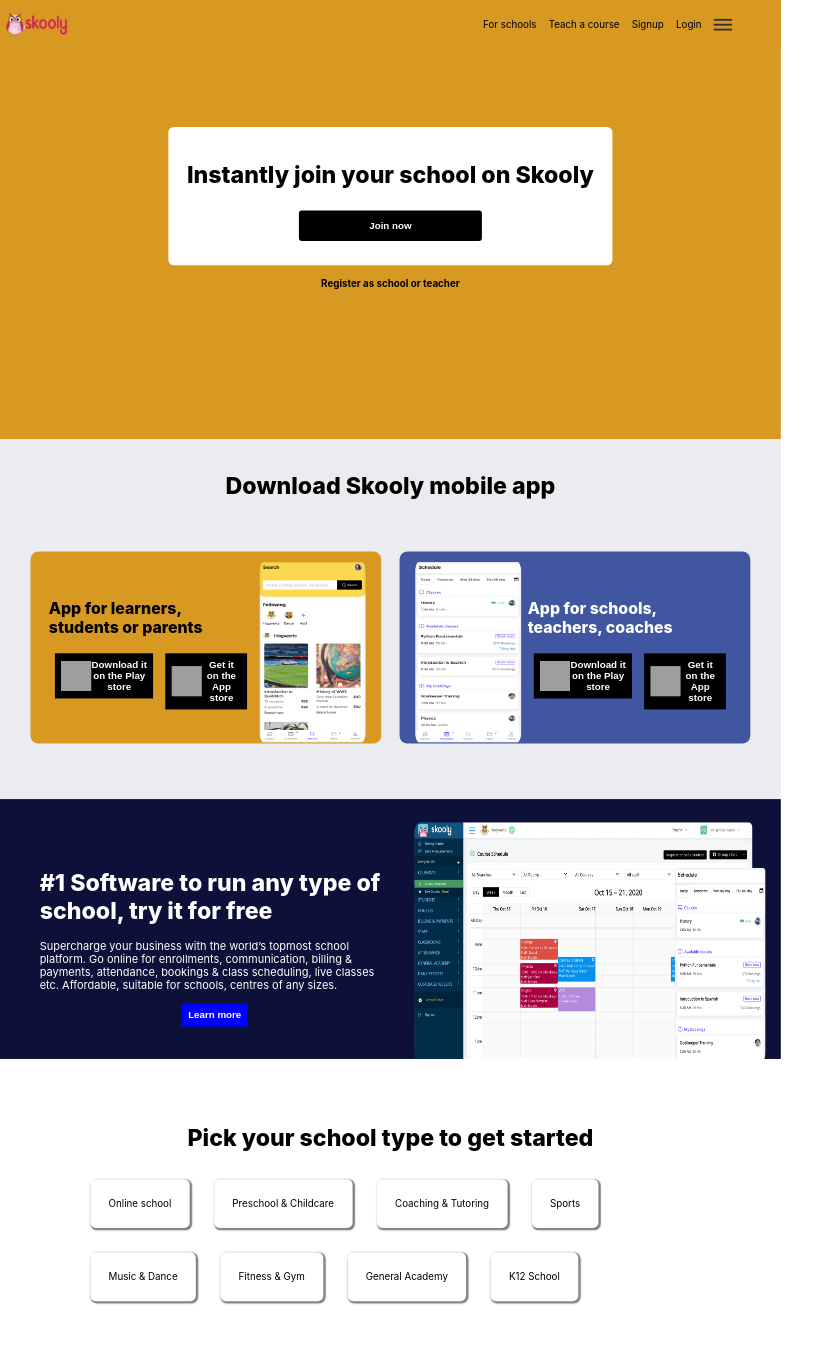
Repository: akankshaajoshi/Skooly-Clone
Page: /
The author's editor kept a copy of each file at every save. The page is drawn from the files as they stood at one save, then again after the next save.
The browser window is 1280 px wide. The page is 1360 px wide, so the pictures cover 1360 px, including what lies to the right of the window. The pictures show the whole page, at 61% of full size.
Pictures or frames that could not be fetched are drawn as grey boxes. The project was rebuilt for these pictures with package versions that can differ from the ones it lists, and the page was loaded fresh each time. Also part of the build but not shown: craco.config.js.

Above is the page before, as saved 2023-09-15 07:59:00.

After the next save:
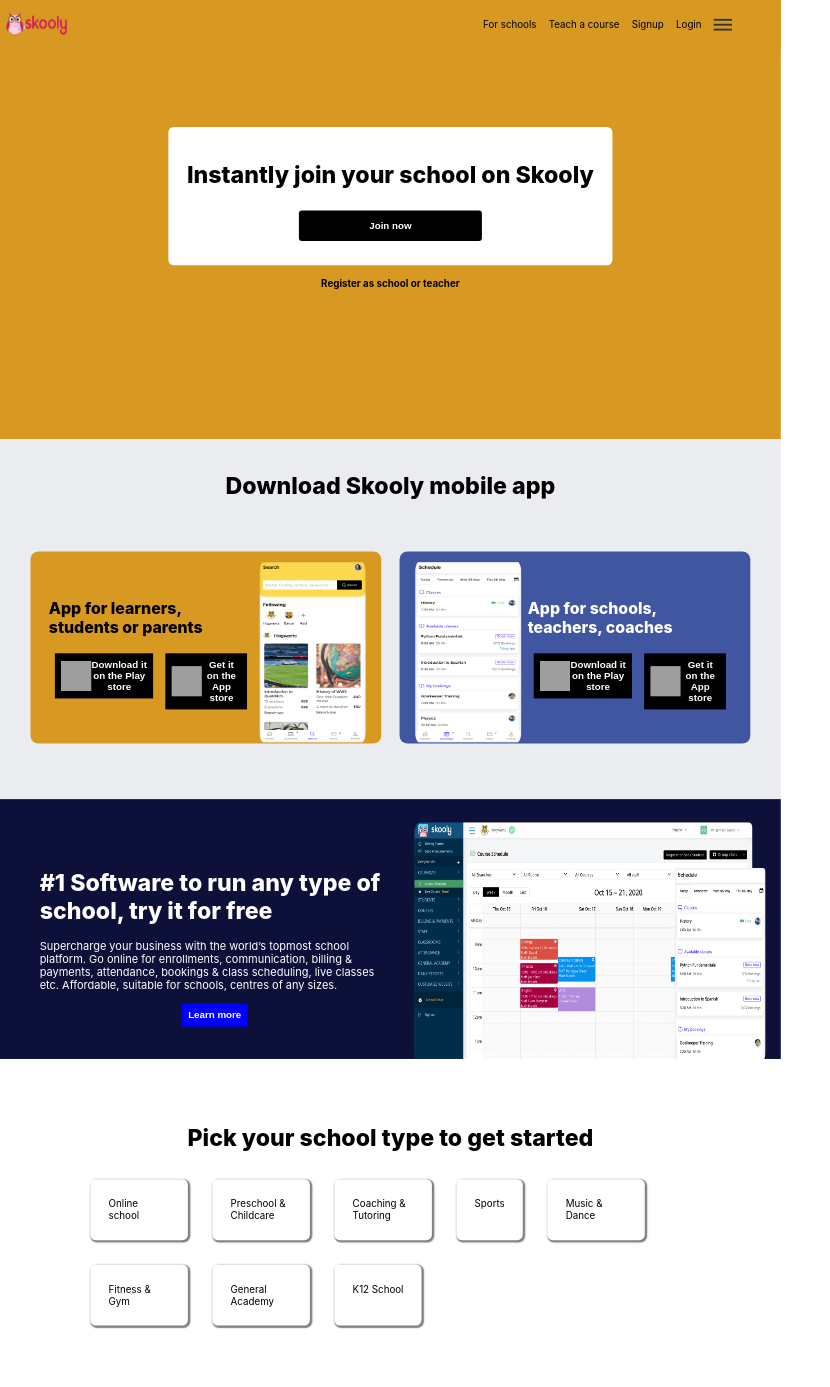
Saved 17 s later.
--- a/src/containers/SchoolTypeContainer/index.js
+++ b/src/containers/SchoolTypeContainer/index.js
@@ -17,7 +17,7 @@
 justify-content: center;
 margin: 20px;
 padding: 30px;
-max-width: 200px;
+max-width: 100px;
 border-radius: ${borderRadius.large};
 box-shadow: 2px 2px 2px 2px rgba(0, 0, 0, 0.5);
 `
